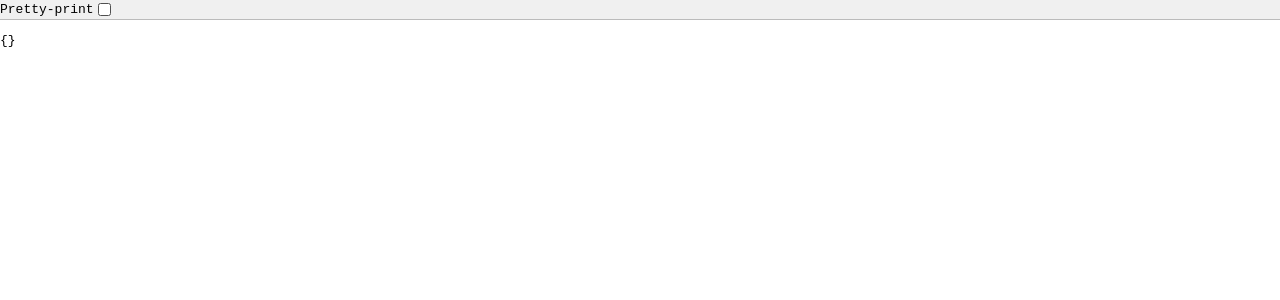
Repository: m-ahmadshaikh/full-stack-orders-search-application
Page: http://localhost/
These files come from the project's save history. The page is drawn as it stood at one moment and after a run of saves; the edit follows.
The browser window is 1280 px wide. The pictures show the whole page.
The page is served by the project's application, run on Flask 3 (backend/app.py).

Above is the page before, as saved 2022-08-16 17:54:24.

After the next 5 saves:
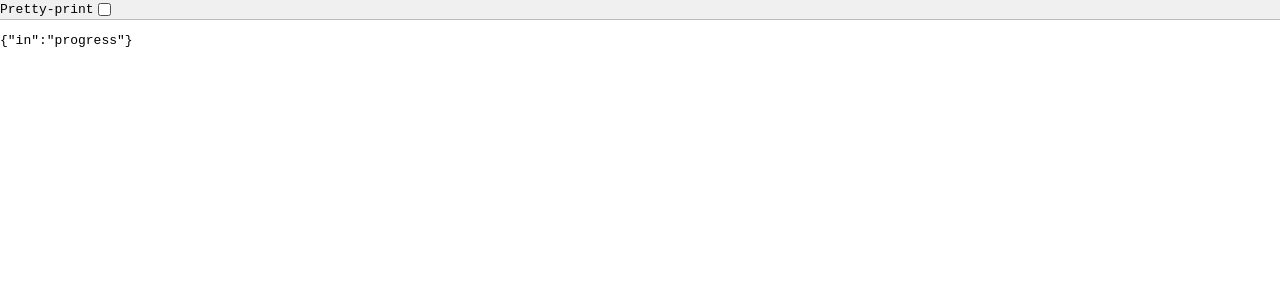
The 5 saves are shown as one change because 1 did not build or start and some came seconds apart.
The last was saved 63 s later.
--- a/backend/app.py
+++ b/backend/app.py
@@ -14,7 +14,7 @@ db = SQLAlchemy(app)
 
 @app.route('/')
 def index():
-    return jsonify({})
+    return jsonify({'in':'progress'})
 
 if __name__ == '__main__':
     app.run()
